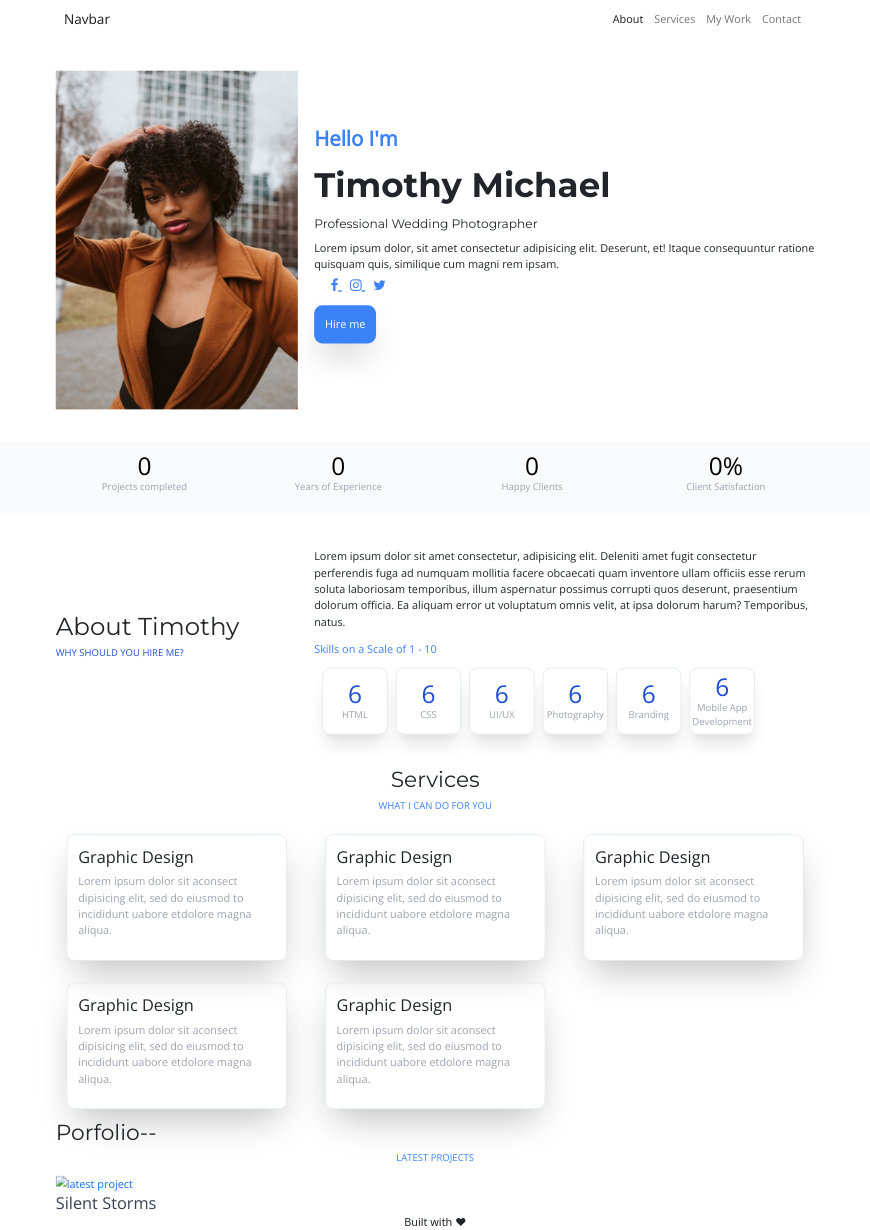
Repository: latenightsnacc/giggles
Page: HTML/freelancer.html
These files come from the project's save history. The page is drawn as it stood at one moment and after the next save; the edit follows.
The browser window is 1280 px wide. The pictures show the whole page, at 68% of full size.
Some web libraries are served in a nearby version.

Above is the page before, as saved 2021-01-03 16:44:16.

### HTML/freelancer.html
<!DOCTYPE html>
<html lang="en">
<head>
    <meta charset="UTF-8">
    <meta name="viewport" content="width=device-width, initial-scale=1.0">
    <link href="https://cdnjs.cloudflare.com/ajax/libs/tailwindcss/2.0.2/tailwind.min.css" rel="stylesheet">
    <link rel="stylesheet" href="https://stackpath.bootstrapcdn.com/font-awesome/4.7.0/css/font-awesome.min.css" />
    <link href="https://cdn.jsdelivr.net/npm/bootstrap@5.0.0-beta1/dist/css/bootstrap.min.css" rel="stylesheet" integrity="sha384-giJF6kkoqNQ00vy+HMDP7azOuL0xtbfIcaT9wjKHr8RbDVddVHyTfAAsrekwKmP1" crossorigin="anonymous">
    <link rel="stylesheet" href="stylesheet.css">
    <title>Freelancer Page</title>
</head>
<body class="overflow-x-hidden">
    <header class="container">
        <nav class="navbar navbar-expand-lg navbar-light bg-white">
            <div class="container-fluid">
              <a class="navbar-brand" href="#">Navbar</a>
              <button class="navbar-toggler" type="button" data-bs-toggle="collapse" data-bs-target="#navbarNavDropdown" aria-controls="navbarNavDropdown" aria-expanded="false" aria-label="Toggle navigation">
                <span class="navbar-toggler-icon"></span>
              </button>
              <div class="collapse navbar-collapse" id="navbarNavDropdown">
                <ul class="navbar-nav ml-auto">
                  <li class="nav-item">
                    <a class="nav-link active" aria-current="page" href="#">About</a>
                  </li>
                  <li class="nav-item">
                    <a class="nav-link" href="#">Services</a>
                  </li>
                  <li class="nav-item">
                    <a class="nav-link" href="#">My Work</a>
                  </li>
                  <li class="nav-item">
                    <a class="nav-link" href="#">Contact</a>
                  </li>
                  <!-- <li class="nav-item dropdown">
                    <a class="nav-link dropdown-toggle" href="#" id="navbarDropdownMenuLink" role="button" data-bs-toggle="dropdown" aria-expanded="false">
                      Dropdown link
                    </a>
                    <ul class="dropdown-menu" aria-labelledby="navbarDropdownMenuLink">
                      <li><a class="dropdown-item" href="#">Action</a></li>
                      <li><a class="dropdown-item" href="#">Another action</a></li>
                      <li><a class="dropdown-item" href="#">Something else here</a></li>
                    </ul>
                  </li> -->
                </ul>
              </div>
            </div>
        </nav>
    </header>
    <main>
        <!--User Banner-->
        <div class="container mt-5">
            <div class="row flex items-center h-auto">
                <div class="col-sm-12 col-md-4 col-lg-4 col-xl-4">
                    <img src="assets/userDp.jpg" alt="Profile Picture">
                </div>
                <div class="col-sm-12 col-md-8 col-lg-8 col-xl-8">
                    <div class="user-info">
                        <span class="semi-bold text-blue-500 py-10">Hello I'm</span>
                        <h1>Timothy Michael</h1>
                        <h2>Professional Wedding Photographer</h2>
                        <p>Lorem ipsum dolor, sit amet consectetur adipisicing elit. Deserunt, et! Itaque consequuntur ratione quisquam quis, similique cum magni rem ipsam.</p>
                        <div class="container">
                            <a href="#" class="text-xl mr-auto text-blue-500 hover:text-blue-700">
                                <i class="fa fa-facebook-f"></i>
                            </a>
                            <a href="#" class="text-xl ml-3 text-blue-500 hover:text-blue-700">
                                <i class="fa fa-instagram"></i>
                            </a>
                            <a href="#" class="text-xl ml-3 text-blue-500 hover:text-blue-700">
                                <i class="fa fa-twitter"></i>
                            </a>
                        </div>
                        <button class="bg-blue-500 hover:bg-blue-700 text-white p-3 semi-bold rounded-xl shadow-2xl my-3">Hire me</button>
                    </div>
                </div>
            </div>
        </div>
        <!--User Statisitics-->
        <div class="stats w-full bg-gray-50 flex items-center h-auto py-3 mt-5">
            <div class="container">
                <div class="row">
                    <div class="stat-box col text-center">
                        <div class="bold text-4xl text-black">0</div>
                        <p class="text-sm text-gray-400">Projects completed</p>

                    </div>
                    <div class="stat-box col text-center">
                        <div class="bold text-4xl text-black">0</div>
                        <p class="text-sm text-gray-400">Years of Experience</p>
                    </div>
                    <div class="stat-box col text-center">
                        <div class="bold text-4xl text-black">0</div>
                        <p class="text-sm text-gray-400">Happy Clients</p>
                    </div>
                    <div class="stat-box col text-center">
                        <div class="bold text-4xl text-black">0%</div>
                        <p class="text-sm text-gray-400">Client Satisfaction</p>
                    </div>
                </div>
            </div>
        </div>
        <!--About User-->
        <div class="container">
            <div class="row h-auto flex flex-row items-center">
                <div class="col-sm-12 col-md-6 col-lg-4 col-xl-4 pt-5">
                    <h3 class="text-4xl">About Timothy</h3>
                    <p class="text-sm text-blue-700 uppercase semi-bold">Why should you hire me?</p>
                </div>
                <div class="col-sm-12 col-md-6 col-lg-8 col-xl-8 pt-5">
                    <p>Lorem ipsum dolor sit amet consectetur, adipisicing elit. Deleniti amet fugit consectetur perferendis fuga ad numquam mollitia facere obcaecati quam inventore ullam officiis esse rerum soluta laboriosam temporibus, illum aspernatur possimus corrupti quos deserunt, praesentium dolorum officia. Ea aliquam error ut voluptatum omnis velit, at ipsa dolorum harum? Temporibus, natus.</p>
                    <span class="bold text-blue-500">Skills on a Scale of 1 - 10</span>
                    <div class="d-flex flex-wrap">
                        <div class="skill-box shadow-xl max-w-sm w-24 p-2 ml-3 mt-3 border border-gray-100 rounded-xl flex flex-col items-center justify-center text-center">

                            <span class="text-blue-700 bold text-4xl">6</span>
                            <div class="text-sm text-gray-400">HTML</div>
                        </div>
                        <div class="skill-box shadow-xl max-w-sm w-24 p-2 ml-3 mt-3 border border-gray-100 rounded-xl flex flex-col items-center justify-center text-center">

                            <span class="text-blue-700 bold text-4xl">6</span>
                            <div class="text-sm text-gray-400">CSS</div>
                        </div>
                        <div class="skill-box shadow-xl max-w-sm w-24 p-2 ml-3 mt-3 border border-gray-100 rounded-xl flex flex-col items-center justify-center text-center">

                            <span class="text-blue-700 bold text-4xl">6</span>
                            <div class="text-sm text-gray-400">UI/UX</div>
                        </div>
                        <div class="skill-box shadow-xl max-w-sm w-24 p-2 ml-3 mt-3 border border-gray-100 rounded-xl flex flex-col items-center justify-center text-center">

                            <span class="text-blue-700 bold text-4xl">6</span>
                            <div class="text-sm text-gray-400">Photography</div>
                        </div>
                        <div class="skill-box shadow-xl max-w-sm w-24 p-2 ml-3 mt-3 border border-gray-100 rounded-xl flex flex-col items-center justify-center text-center">

                            <span class="text-blue-700 bold text-4xl">6</span>
                            <div class="text-sm text-gray-400">Branding</div>
                        </div>
                        <div class="skill-box shadow-xl max-w-sm w-24 p-2 ml-3 mt-3 border border-gray-100 rounded-xl flex flex-col items-center justify-center text-center">

                            <span class="text-blue-700 bold text-4xl">6</span>
                            <div class="text-sm text-gray-400">Mobile App Development</div>
                        </div>
                    </div>
                </div>
            </div>
        </div>
        <!--Services User Provides-->
        <div class="container mt-5">
            <h2 class="text-center">Services</h2>
            <p class="text-blue-500 text-sm uppercase text-center uppercase">What I can do for you</p>
            <div class="row">
                <div class="col-xs-12 col-sm-12 col-md-3 col-lg-3 col-xl-4">
                    <div class="max-w-sm shadow-2xl border border-blue-300 rounded-xl p-3 m-3 hover:bg-blue-500 hover:text-white">
                        <div class="service-title text-2xl bold  pb-2">Graphic Design</div>
                        <p class="text-md text-gray-400 hover:text-gray-50">Lorem ipsum dolor sit aconsect dipisicing elit, sed do eiusmod to incididunt uabore etdolore magna aliqua.</p>
                    </div>
                </div>
                <div class="col-xs-12 col-sm-12 col-md-3 col-lg-3 col-xl-4">
                    <div class="max-w-sm shadow-2xl border border-blue-300 rounded-xl p-3 m-3 hover:bg-blue-500 hover:text-white">
                        <div class="service-title text-2xl bold  pb-2">Graphic Design</div>
                        <p class="text-md text-gray-400 hover:text-gray-50">Lorem ipsum dolor sit aconsect dipisicing elit, sed do eiusmod to incididunt uabore etdolore magna aliqua.</p>
                    </div>
                </div>
                <div class="col-xs-12 col-sm-12 col-md-3 col-lg-3 col-xl-4">
                    <div class="max-w-sm shadow-2xl border border-blue-300 rounded-xl p-3 m-3 hover:bg-blue-500 hover:text-white">
                        <div class="service-title text-2xl bold  pb-2">Graphic Design</div>
                        <p class="text-md text-gray-400 hover:text-gray-50">Lorem ipsum dolor sit aconsect dipisicing elit, sed do eiusmod to incididunt uabore etdolore magna aliqua.</p>
                    </div>
                </div>
                <div class="col-xs-12 col-sm-12 col-md-3 col-lg-3 col-xl-4">
                    <div class="max-w-sm shadow-2xl border border-blue-300 rounded-xl p-3 m-3 hover:bg-blue-500 hover:text-white">
                        <div class="service-title text-2xl bold  pb-2">Graphic Design</div>
                        <p class="text-md text-gray-400 hover:text-gray-50">Lorem ipsum dolor sit aconsect dipisicing elit, sed do eiusmod to incididunt uabore etdolore magna aliqua.</p>
                    </div>
                </div>
                <div class="col-xs-12 col-sm-12 col-md-3 col-lg-3 col-xl-4">
                    <div class="max-w-sm shadow-2xl border border-blue-300 rounded-xl p-3 m-3 hover:bg-blue-500 hover:text-white">
                        <div class="service-title text-2xl bold  pb-2">Graphic Design</div>
                        <p class="text-md text-gray-400 hover:text-gray-50">Lorem ipsum dolor sit aconsect dipisicing elit, sed do eiusmod to incididunt uabore etdolore magna aliqua.</p>
                    </div>
                </div>
            </div>

        </div>
        <!--Gallery / User Porfolio-->
        <div class="container">
            <h2 class="">Porfolio--</h2>
            <p class="text-blue-500 text-sm uppercase text-center uppercase">Latest Projects</p>
            <div class="row">
                <div class="col-xs-12 col-sm-12 col-md-6 col-lg-3 col-xl-3">
                    <a href="#" class="no-underline">
                        <img src="#" alt="latest project" />
                        <div class="title-project text-gray-700 bold text-2xl hover:text-blue-500">Silent Storms</div>
                    </a>
                </div>
            </div>
        </div>
    </main>
    <footer class="text-center">Built with &hearts; </footer>
    <script src="https://cdn.jsdelivr.net/npm/bootstrap@5.0.0-beta1/dist/js/bootstrap.bundle.min.js" integrity="sha384-ygbV9kiqUc6oa4msXn9868pTtWMgiQaeYH7/t7LECLbyPA2x65Kgf80OJFdroafW" crossorigin="anonymous"></script>

</body>
</html>

### HTML/stylesheet.css
@import url('https://fonts.googleapis.com/css2?family=Montserrat:wght@400;700&family=Open+Sans:wght@300;400&display=swap');

h1, h2, h3, h4, h5, h6 {
    font-family: 'Montserrat', sans-serif;
}
.user-info h1 {
    line-height: 60px;
    font-size: 50px;
    font-weight: 700;
    margin-top: 20px;
}
.user-info h2 {
    line-height: 27px;
    font-size: 18px;
    font-weight: 400;
    margin-top: 15px;
}
.user-info span {
    line-height: 36px;
    font-size: 30px;
    font-weight: 600;
}
.user-info p {
    margin: 5px 0;
}
.user-info button {
    margin-top: 10px;
}
p, div, a, button {
    font-family: 'Open Sans', sans-serif;
    font-weight: 300;
}

After the next save:
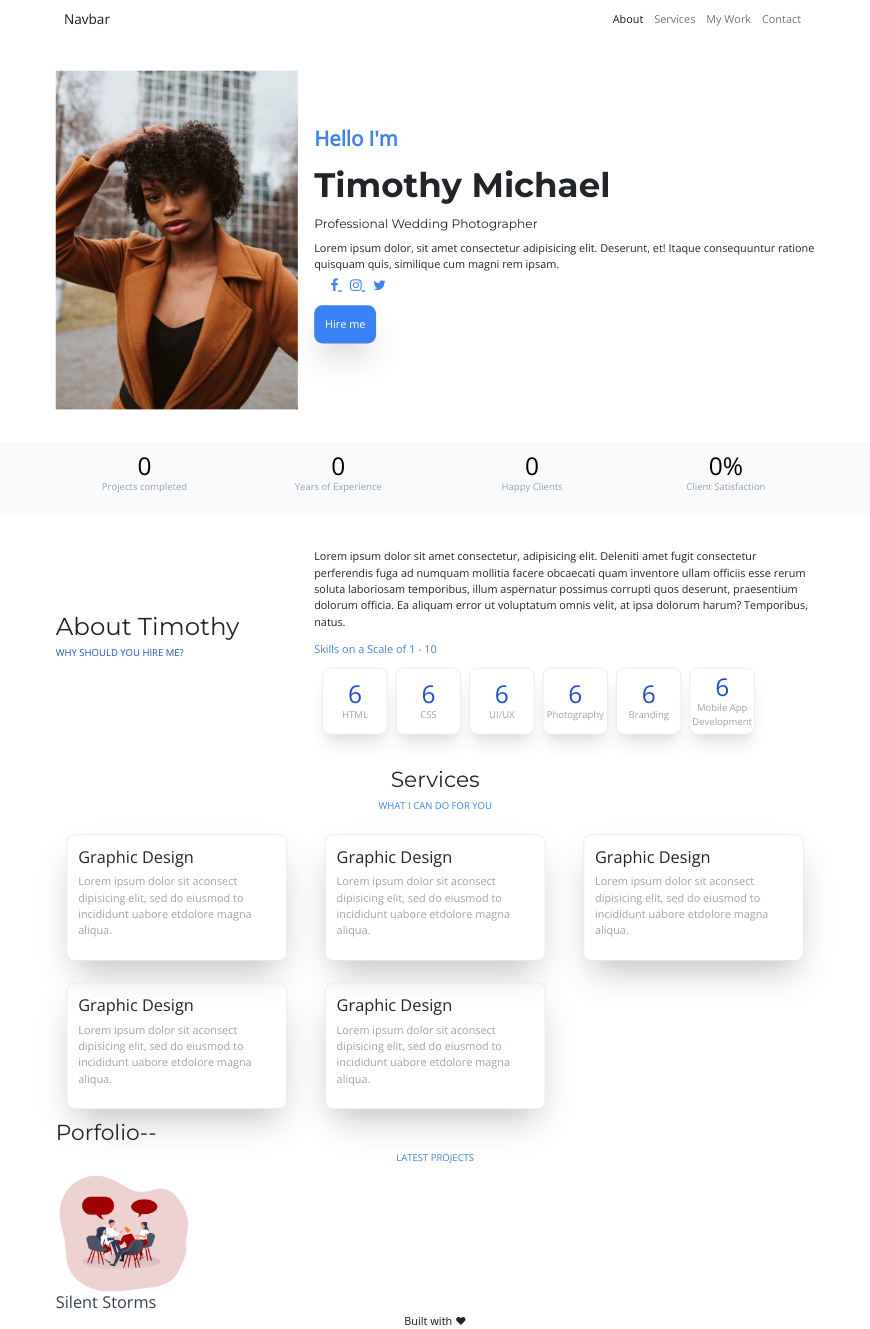
Saved 66 s later.
--- a/HTML/freelancer.html
+++ b/HTML/freelancer.html
@@ -189,7 +189,7 @@
             <div class="row">
                 <div class="col-xs-12 col-sm-12 col-md-6 col-lg-3 col-xl-3">
                     <a href="#" class="no-underline">
-                        <img src="#" alt="latest project" />
+                        <img src="assets/brainstorming_session__monochromatic.jpg" alt="latest project" />
                         <div class="title-project text-gray-700 bold text-2xl hover:text-blue-500">Silent Storms</div>
                     </a>
                 </div>
